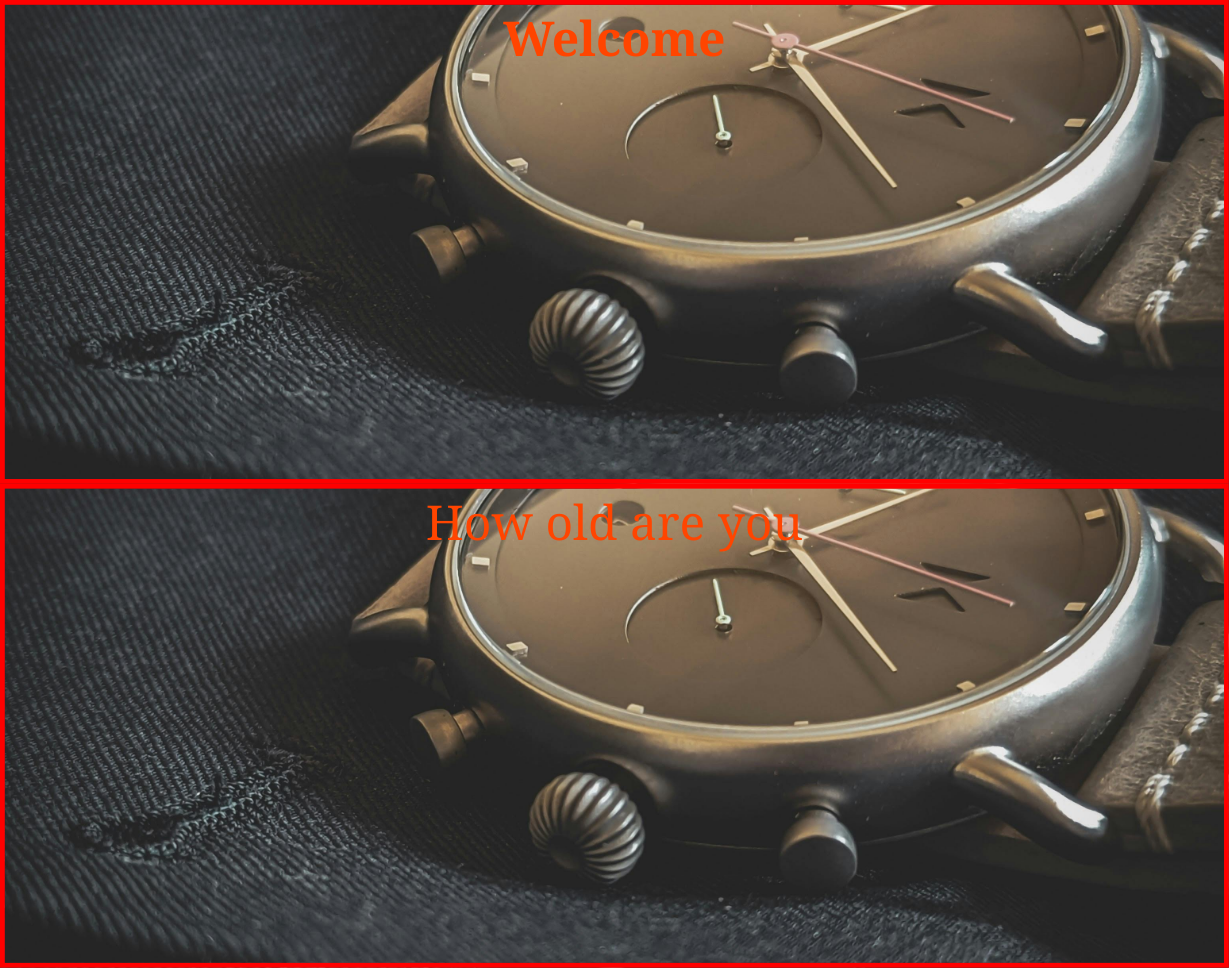
Repository: kem85/beginning
Page: web/js/index.html
The author's editor kept a copy of each file at every save. The page is drawn from the files as they stood at one save, then again after the next save.
The browser window is 1280 px wide. The pictures show the whole page, at 96% of full size.
Backgrounds fixed to the window are drawn as part of the page.

Above is the page before, as saved 2024-06-18 03:06:35.

After the next save:
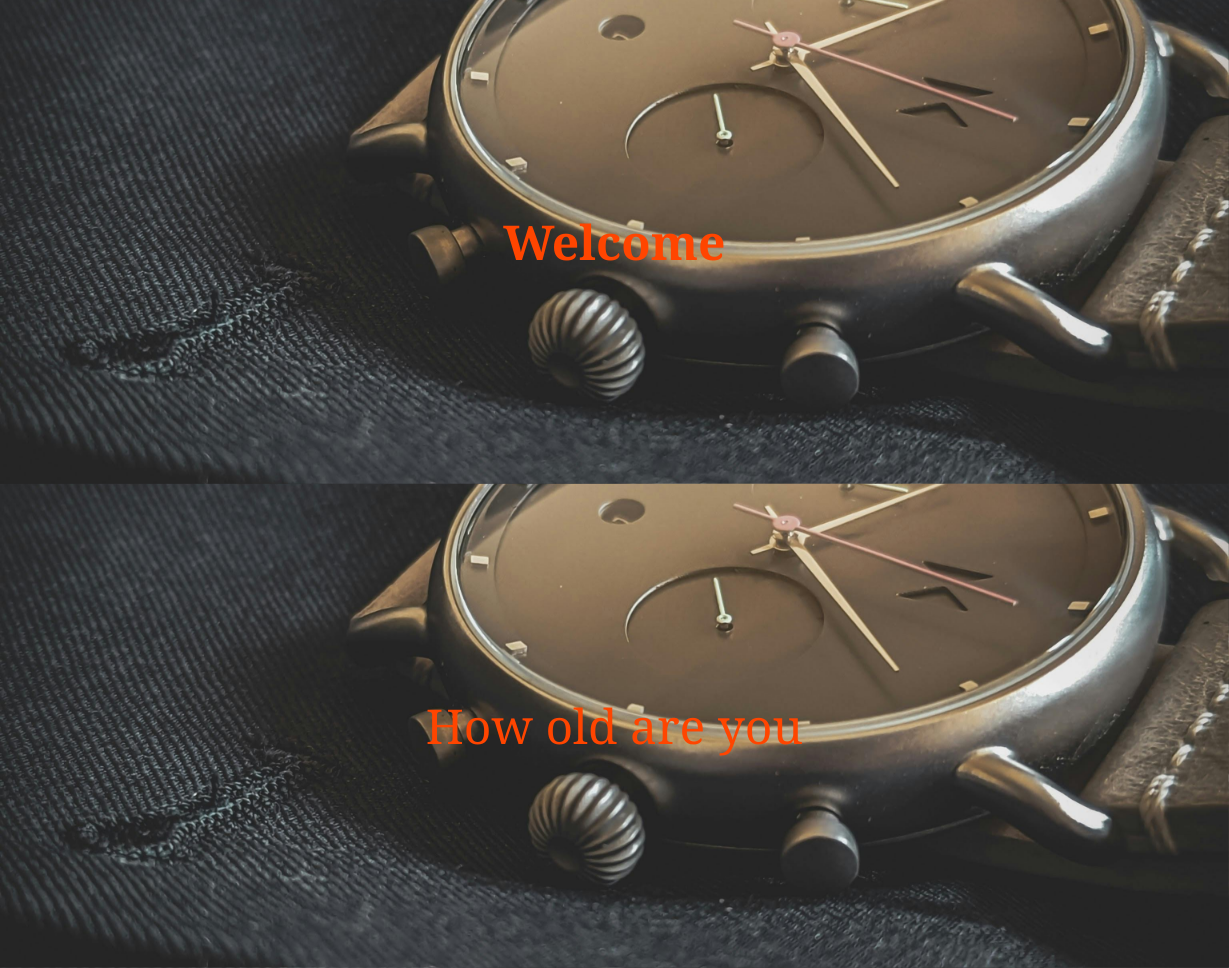
Saved 9 s later.
--- a/web/js/main.css
+++ b/web/js/main.css
@@ -9,6 +9,7 @@
     box-sizing: border-box;
 }
 .welcomesign{
+    display:flex;
     min-width: 60vw;
     min-height:70vh;
     color: orangered;
@@ -16,7 +17,6 @@
     align-items: center;
     text-align: center;
     font-size: 50px;
-    border:5px solid red;
 }
 .textt{
     min-width: 30vw;
@@ -26,5 +26,4 @@
     align-items: center;
     text-align: center;
     transform: translateY(-10em);
-    border:5px solid red;
 }
